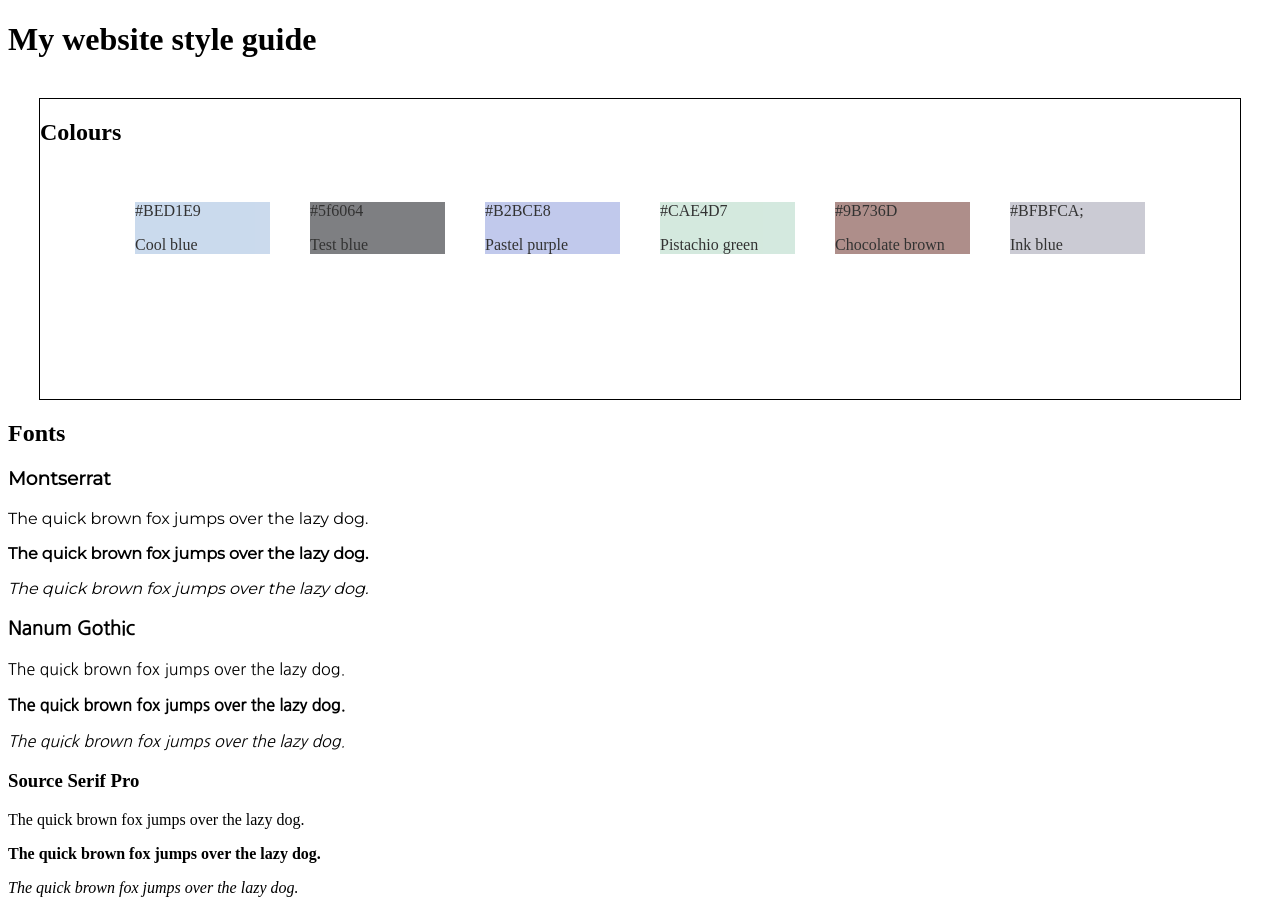
Repository: nazaninrizvi/codecademy
Page: Javascript/website-design-system/index.html
The author's editor kept a copy of each file at every save. The page is drawn from the files as they stood at one save, then again after the next save.
The browser window is 1280 px wide. The pictures show the whole page.
Some web fonts or font styles are not loaded; a fallback is used.

Above is the page before, as saved 2021-11-26 17:20:05.

After the next save:
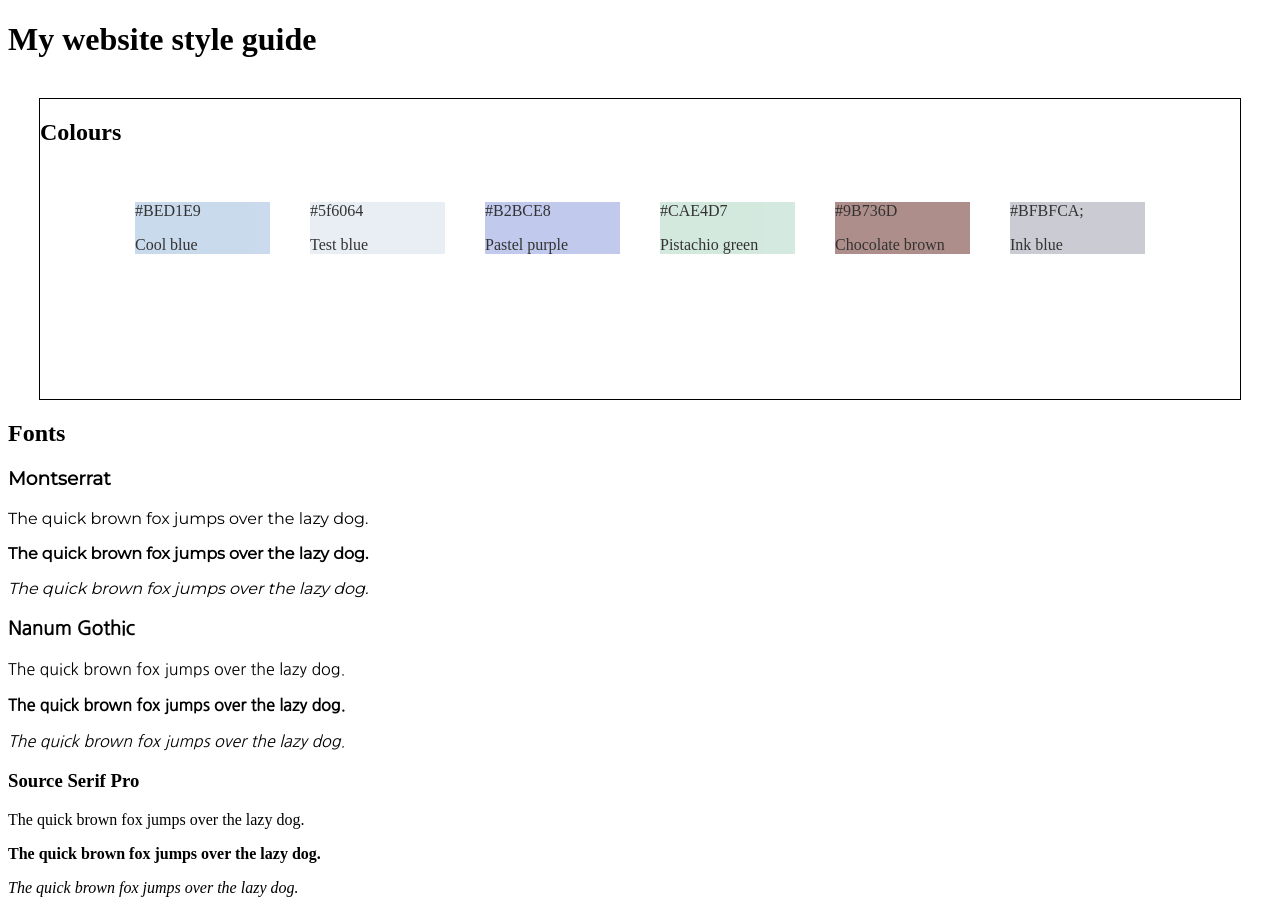
Saved 41 s later.
--- a/Javascript/website-design-system/styles.css
+++ b/Javascript/website-design-system/styles.css
@@ -27,7 +27,7 @@
     background-color: #bed1e9;
   }
 #testBlue{
-    background-color: #5f6064;
+    background-color: #E4EBF3;
 }
 #pastelPurple{
     background-color: #B2BCE8;
